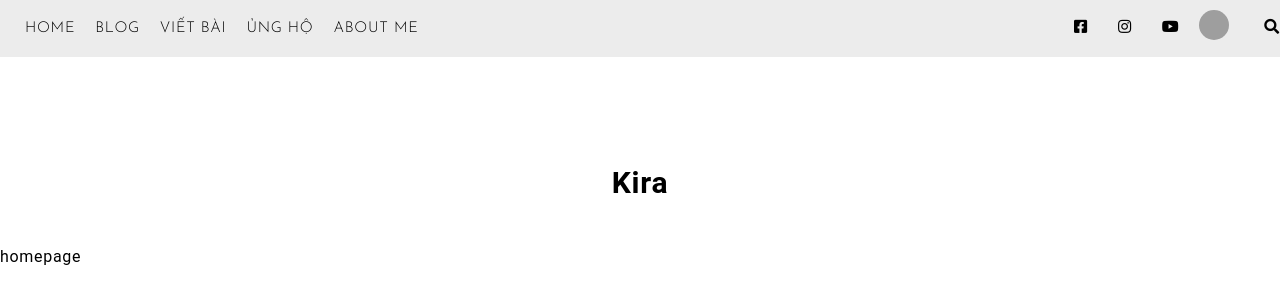
Repository: DTien93/blog-meanstack
Page: / (app in my-app/)
An editor plug-in stored every save of this project. The page is shown before and after a run of saves, followed by the edit.
The browser window is 1280 px wide. The pictures show the whole page.
Pictures or frames that could not be fetched are drawn as grey boxes. Some web libraries are served in a nearby version. The project was rebuilt for these pictures with package versions that can differ from the ones it lists, and the page was loaded fresh each time. Also part of the build but not shown: my-app/src/components/pages/home.css.

Above is the page before, as saved 2021-08-21 16:09:35.

### my-app/public/index.html
<!DOCTYPE html>
<html lang="en">
  <head>
    <meta charset="utf-8" />
    <link rel="icon" href="%PUBLIC_URL%/favicon.ico" />
    <link rel="preconnect" href="https://fonts.googleapis.com">
    <link rel="preconnect" href="https://fonts.gstatic.com" crossorigin>
    <link href="https://fonts.googleapis.com/css2?family=Josefin+Sans:ital,wght@0,100;0,200;0,300;1,100;1,200;1,300&family=Josefin+Slab:ital,wght@0,100;1,100&family=Varela&family=Varela+Round&display=swap" rel="stylesheet">
    <link rel="stylesheet" href="https://pro.fontawesome.com/releases/v5.10.0/css/all.css" integrity="sha384-AYmEC3Yw5cVb3ZcuHtOA93w35dYTsvhLPVnYs9eStHfGJvOvKxVfELGroGkvsg+p" crossorigin="anonymous"/>
    <meta name="viewport" content="width=device-width, initial-scale=1" />
    <meta name="theme-color" content="#000000" />
    <meta
      name="description"
      content="Web site created using create-react-app"
    />
    <link rel="apple-touch-icon" href="%PUBLIC_URL%/logo192.png" />
    <link rel="manifest" href="%PUBLIC_URL%/manifest.json" />
    <title>React App</title>
  </head>
  <body>
    <noscript>You need to enable JavaScript to run this app.</noscript>
    <div id="root"></div>
  </body>
</html>

### my-app/src/index.js
import React from 'react'
import ReactDOM from 'react-dom'
import App from './App'

import './css/index.css'

ReactDOM.render(
  <React.StrictMode>
    <App />
  </React.StrictMode>,
  document.getElementById('root')
);

### my-app/src/App.js
import React from 'react'

// Components
import TopBar from './components/TopBar'
import Home from './components/pages/Home'

// css
import './css/index.css'


function App() {
  return (
    <>
      <TopBar />
      <Home />
    </>
  );
}

export default App;

### my-app/src/css/index.css
:root {
    --main-bg: #fff;

    --main-header: #ececec;
    --second-header: #999;

    --txt-color: #000;
    --main-color: #252525;
    --second-color: #d3b062;

    --border-color: #000;
    --border-main:#d3b062;

    --main-color: #000;
    --main-second: #d3b062;

    --main-size: 15px;
    --second-size: 20px;
}

* {
    padding: 0;
    margin: 0;
    box-sizing: border-box;
    -webkit-tap-highlight-color: transparent;
}

body {
    font-family: "Roboto", sans-serif;
    -webkit-font-smoothing: antialiased;
    -moz-osx-font-smoothing: grayscale;
    letter-spacing: 0.7px;
}

a {
    text-decoration: none;
    color: unset;
}

a:hover {
    color: var(--main-second);
}

ul {
    list-style-type: none;
}

input {
    border: 2px solid transparent;
    outline: 0;
}

li {
    text-decoration: none;
    list-style-type: none;
}

### my-app/src/components/TopBar/index.jsx
import React from 'react'

import '../TopBar/topbar.css'


export default function TopBar() {
    return (

        <div className="top">
            <div className="top__left">
                <li className="top__left-item  item-active">Home</li>
                <li className="top__left-item">Blog</li>
                <li className="top__left-item">Viết bài</li>
                <li className="top__left-item">ủng hộ</li>
                <li className="top__left-item">About me</li>
            </div>

            <div className="top__right">
                <li className="top__right-item"><i className="fab fa-facebook-square"></i></li>
                <li className="top__right-item"><i className="fab fa-instagram"></i></li>
                <li className="top__right-item"><i className="fab fa-youtube"></i></li>
                <img className="top__right-img" src="https://media.thieunien.vn/thumb//uploads/2021/08/09/jisoo-blackpink-di-dong-phim-nhung-co-thanh-vien-nay-lai-duoc-khen-ve-dien-xuat-nhieu-hon_24560.jpg" alt="" />
                <li className="top__right-item top__search-icon"><i class="fas fa-search"></i></li>
            </div>
            </div>
    )
}

### my-app/src/components/pages/Home.jsx
import React from 'react'

import Header from '../Header'

import '../pages/home.css'

export default function Home() {
    return (
        <div className="home">
            <Header />
            homepage
        </div>
    )
}

### my-app/src/components/TopBar/TopBar.css
.top {
    width: 100%;
    height: 57px;
    background-color: var(--main-header);
    position: sticky;
    top: 0;
    display: flex;
    align-items: center;
    font-family: 'Josefin Sans', sans-serif;
}

.top__left{
    flex: 9;
    display: flex;
    line-height: 57px;
    padding: 0 15px;
    text-transform: uppercase;
}

.top__left-item {
    margin: 0 10px;
    color: var(--main-color);
    cursor: pointer;
    font-size: 15px;
}

.top__left-item item-active {
    color: var(--second-color);
}

.top__left-item:hover {
    color: var(--second-color);
}

.top__right {
    flex: 2;
    display: flex;
    line-height: 57px;
}

.top__right-item {
  font-size: var(--main-size);
  margin-left: 30px;
  color: var(--main-color);
  cursor: pointer;
  font-size: var(--main-size);
}

.top__right-img {
    margin: 10px 20px;
    width: 30px;
    height: 30px;
    margin-top: 10px;
    border-radius:  50%;
    object-fit: over;
}

.top__search-icon {
    font-size: var(--main-size);
    color: var(--main-color);
    cursor: pointer;
    margin-left: var(--main-size);
}

### my-app/src/components/Header/index.jsx
import React from 'react'

import { Link, Route, BrowserRouter } from 'react-router-dom'

// css
import '../Header/header.css'

export default function Header() {
    return (
        <BrowserRouter>
        <div className="header">
            <div className="header__titles">
                <h1 className="header__titles-heading">
                    <Link to="">Kira</Link>
                </h1>
            </div>
            </div>
            </BrowserRouter>
    )
}

### my-app/src/components/Header/header.css
.header {
    margin-top: 60px;
}

.header__titles{
    display: flex;
    flex-direction: column;
    align-items: center;
}

.header__titles-heading {
    height: 130px;
    width:  100%;
    display: flex;
    align-items: center;
    justify-content:center;
    font-size: 30px;
}

Loaded but not shown: my-app/src/components/pages/home.css (no copy from this time; the picture is the same without it)

After the next 2 saves:
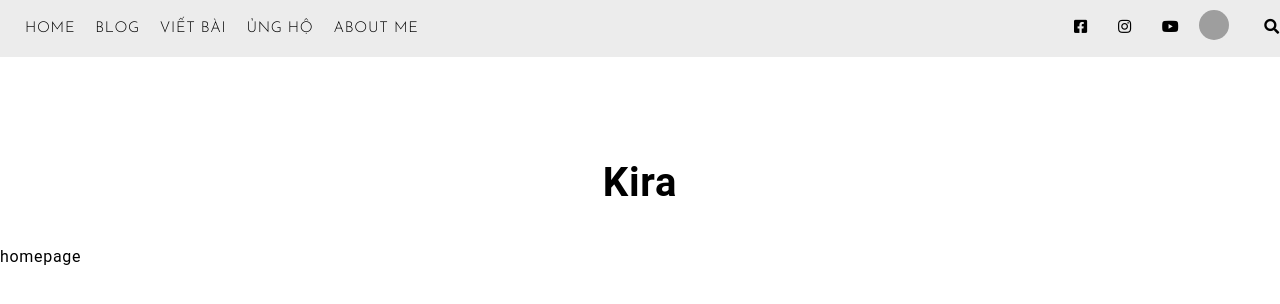
The 2 saves are shown as one change because they came seconds apart.
The last was saved 26 s later.
--- a/my-app/src/components/Header/header.css
+++ b/my-app/src/components/Header/header.css
@@ -14,5 +14,5 @@
     display: flex;
     align-items: center;
     justify-content:center;
-    font-size: 30px;
+    font-size: 2.5rem;
 }
